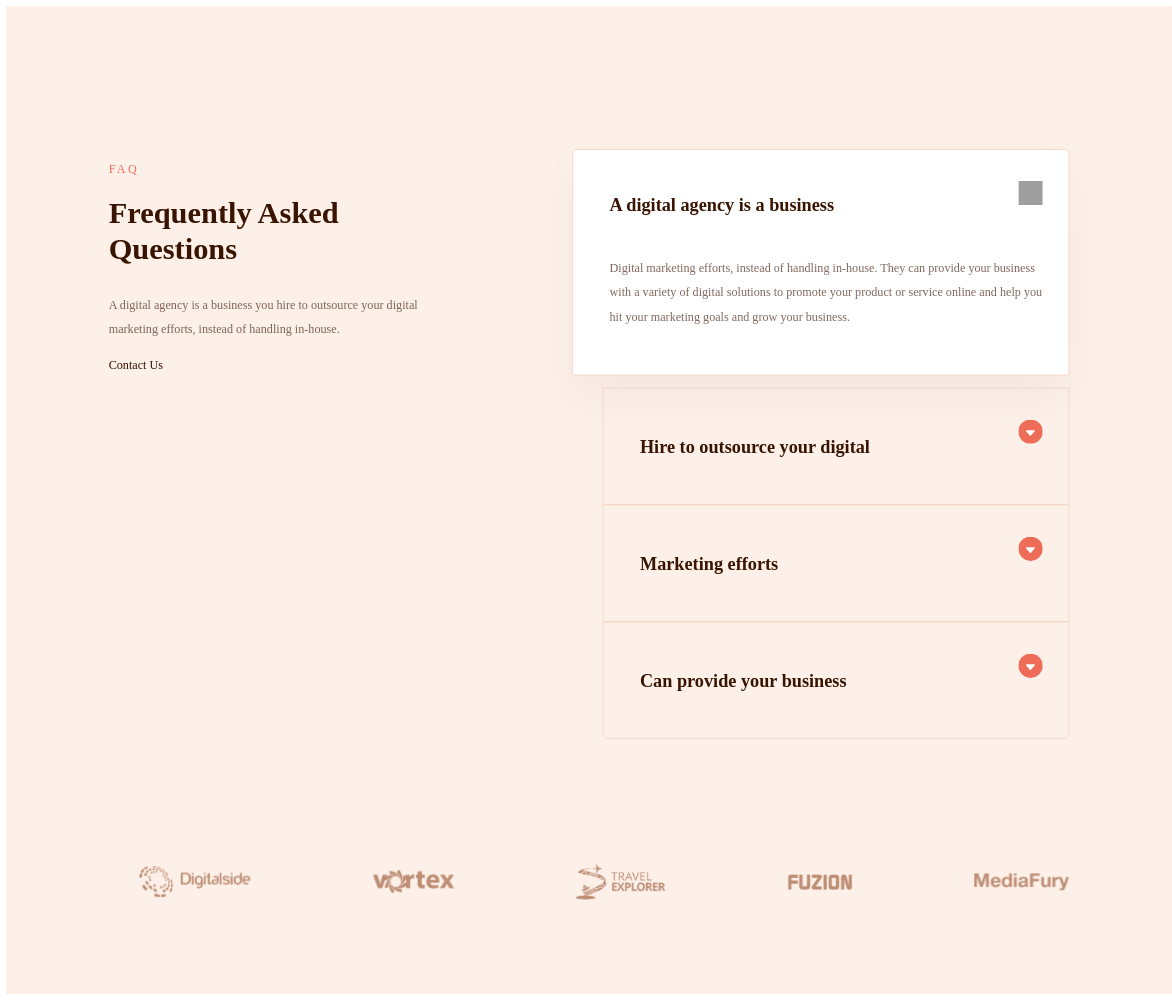
Repository: NatiqSamiyev/image-task
Page: faqPage/index.html
These files come from the project's save history. The page is drawn as it stood at one moment and after the next save; the edit follows.
The browser window is 1280 px wide. The page is 1542 px wide, then 1280 px, so the pictures cover 1542 px, including what lies to the right of the window. The pictures show the whole page, at 76% of full size.
Pictures or frames that could not be fetched are drawn as grey boxes.

Above is the page before, as saved 2023-08-26 15:08:56.

### faqPage/index.html
<!DOCTYPE html>
<html lang="en">
<head>
    <meta charset="UTF-8">
    <meta name="viewport" content="width=device-width, initial-scale=1.0">
    <title>Document</title>
    <link rel="stylesheet" href="./index.css">
</head>
<body>
    <div id="page-4">
        <div class="box-container">
          <div class="left">
            <h1>Faq</h1>
            <h2>
              Frequently Asked
              Questions
            </h2>
            <p>
              A digital agency is a business you hire to outsource your digital marketing efforts, instead of handling in-house.
            </p>

            <a href="#">Contact Us</a>

          </div>

          <div class="right">
            <div class="text">

              <div>
                <h1>A digital agency is a business</h1>
                <img src="./image/up.png" alt="">
              </div>

              <p>
                Digital marketing efforts, instead of handling in-house. They can provide your business with a variety of digital solutions to promote your product or service online and help you hit your marketing goals and grow your business.
              </p>
            </div>

            <ul>
              <li>
                <h2>
                  Hire to outsource your digital
                </h2>
                <img src="./image/down.svg" alt="">
              </li>

              <li>
                <h2>
                  Marketing efforts
                </h2>
                <img src="./image/down.svg" alt="">
              </li>

              <li>
                <h2>
                  Can provide your business
                </h2>
                <img src="./image/down.svg" alt="">
              </li>
            </ul>

          </div>

        </div>

        <div class="bottom">
          <ul>
            <li class="first-child">
              <img src="./image/Bitmap (4).svg" alt="">
            </li>

            <li class="nth-child(2)">
              <img src="./image/Bitmap (5).svg" alt="">

            </li>

            <li class="nth-child(3)">
              <img src="./image/Bitmap (6).svg" alt="">

            </li>

            <li class="nth-child(4)">
              <img src="./image/Bitmap (7).svg" alt="">

            </li>

            <li class="last-child">
              <img src="./image/Bitmap (8).svg" alt="">
            </li>
          </ul>

        </div>


      </div>
</body>
</html>

### faqPage/index.css

/* page-4 */

#page-4 {
    width: 100%;
    padding: 188px 135px 104px 135px;
    background: #fdf0e9;
  }

  #page-4 .box-container {
    display: flex;
    justify-content: space-between;
  }

  #page-4 .box-container .left {
    width: 470px;
  }

  #page-4 .box-container .left h1 {
    color: var(--text-light-accent, #ef6d58);
    font-feature-settings: "clig" off, "liga" off;
    font-family: Epilogue;
    font-size: 16px;
    font-style: normal;
    font-weight: 400;
    line-height: 32px;
    letter-spacing: 3px;
    text-transform: uppercase;
  }

  #page-4 .box-container .left h2 {
    margin-top: 17px;
    color: var(--text-dark, #391400);
    font-feature-settings: "clig" off, "liga" off;
    font-family: Epilogue;
    font-size: 40px;
    font-style: normal;
    font-weight: 800;
    line-height: 48px;
  }

  #page-4 .box-container .left p {
    margin-top: 31px;
    color: var(--text-dark-gray, rgba(57, 20, 0, 0.64));
    font-feature-settings: "clig" off, "liga" off;
    font-family: Epilogue;
    font-size: 16px;
    font-style: normal;
    font-weight: 400;
    line-height: 32px;
  }

  #page-4 .box-container .left a {
    margin-top: 29px;
    color: var(--text-dark, #391400);
    font-feature-settings: "clig" off, "liga" off;
    font-family: Epilogue;
    font-size: 16px;
    font-style: normal;
    font-weight: 400;
    line-height: 32px;
    text-decoration: none;
  }

  #page-4 .box-container .right .text {
    width: 570px;
    padding: 41px 34px 44px 48px;
    border-radius: 6px 6px 0px 0px;
    background: #fff;
    box-shadow: 0px 32px 64px 0px rgba(57, 20, 0, 0.04);
    border: 1px solid #f3d1bf;
  }

  #page-4 .box-container .right .text div {
    display: flex;
    justify-content: space-between;
  }

  #page-4 .box-container .right .text div h1 {
    color: var(--text-dark, #391400);
    font-feature-settings: "clig" off, "liga" off;
    font-family: Epilogue;
    font-size: 24px;
    font-style: normal;
    font-weight: 700;
    line-height: 32px;
  }

  #page-4 .box-container .right .text div img {
    width: 32px;
    height: 32px;
  }

  #page-4 .box-container .right .text p {
    margin-top: 35px;
    color: var(--text-dark-gray, rgba(57, 20, 0, 0.64));
    font-feature-settings: "clig" off, "liga" off;
    font-family: Epilogue;
    font-size: 16px;
    font-style: normal;
    font-weight: 400;
    line-height: 32px;
  }

  #page-4 .box-container .right ul li {
    padding: 41px 34px 39px 48px;
    display: flex;
    justify-content: space-between;
    border: 1px solid #f3d1bf;
  }
  #page-4 .box-container ul li:last-child {
    border-radius: 0px 0px 6px 6px;
  }
  #page-4 .box-container .right ul li h2 {
    color: var(--text-dark, #391400);
    font-feature-settings: "clig" off, "liga" off;
    font-family: Epilogue;
    font-size: 24px;
    font-style: normal;
    font-weight: 700;
    line-height: 32px;
  }

  #page-4 .box-container .right ul li img {
    width: 32px;
    height: 32px;
  }

  #page-4 .bottom {
    margin-top: 149px;
  }

  #page-4 .bottom ul {
    display: flex;
    justify-content: space-between;
    align-items: center;
  }

  #page-4 .bottom ul li {
    list-style-type: none;
  }

  #page-4 .bottom ul li:first-child img {
    width: 147px;
    height: 42px;
  }

  #page-4 .bottom ul li:nth-child(2) img {
    width: 108px;
    height: 32px;
  }

  #page-4 .bottom ul li:nth-child(3) img {
    width: 119px;
    height: 47px;
  }

  #page-4 .bottom ul li:nth-child(4) img {
    width: 86px;
    height: 21px;
  }

  #page-4 .bottom ul li:last-child img {
    width: 126px;
    height: 24px;
  }

After the next save:
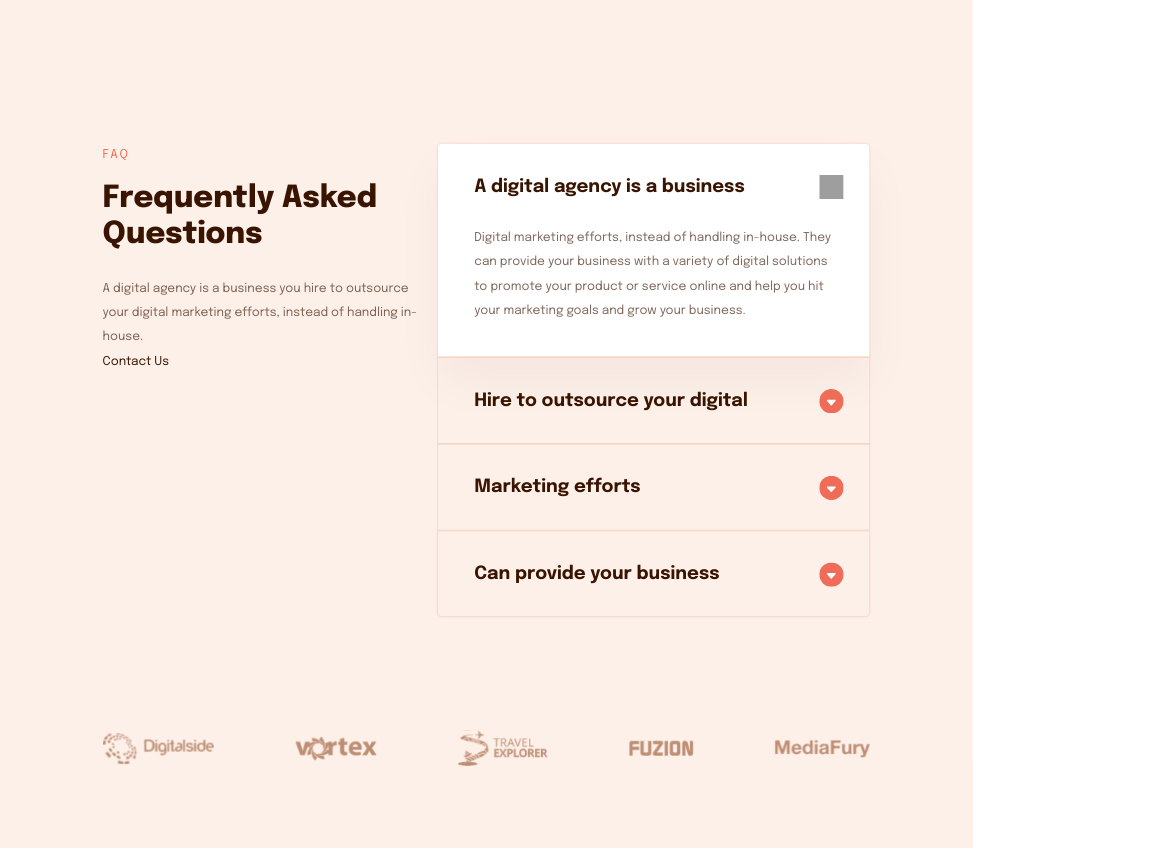
Saved 22 s later.
--- a/faqPage/index.css
+++ b/faqPage/index.css
@@ -1,4 +1,10 @@
+@import url("https://fonts.googleapis.com/css2?family=Epilogue:wght@400;700;800&family=Roboto+Slab:wght@700&family=Roboto:wght@400;700&display=swap");
 
+*{
+    margin: 0;
+    padding: 0;
+    box-sizing: border-box;
+}
 /* page-4 */
 
 #page-4 {
